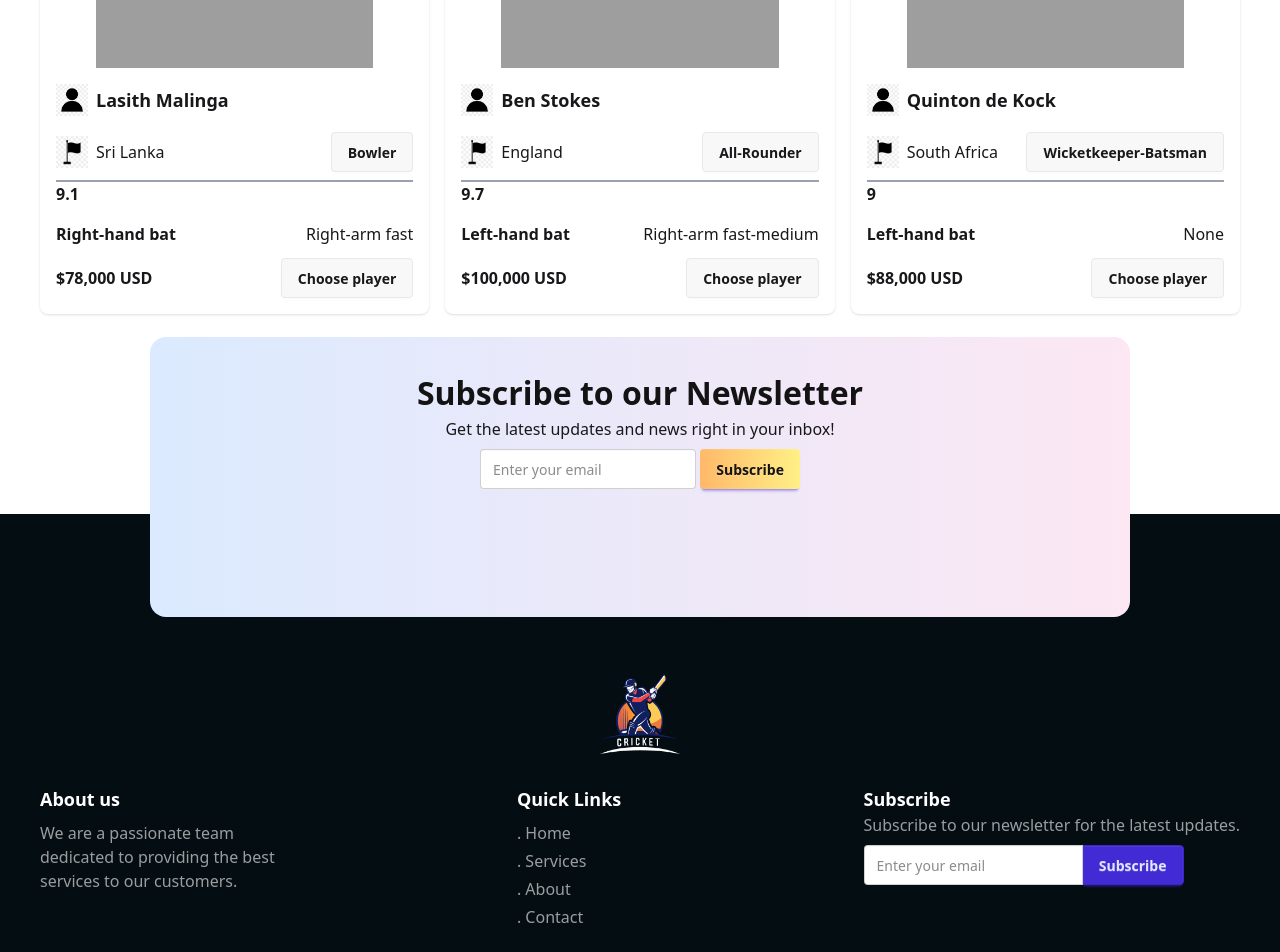
Repository: SanjidaSnigdha/Select-your-eleven
Page: /
An editor plug-in stored every save of this project. The page is shown before and after the next save, followed by the edit.
The browser window is 1280 px wide. The pictures show the part of the page from y = 2763 to 3715 px (the page is 3807 px tall).
Pictures or frames that could not be fetched are drawn as grey boxes. The project was rebuilt for these pictures with package versions that can differ from the ones it lists, and the page was loaded fresh each time. Also part of the build but not shown: vite.config.js, src/App.css, src/components/SelectedCard/SelectedCard.jsx, src/components/SelectedPlayers/SelectedPlayers.jsx.

Above is the page before, as saved 2026-03-23 02:08:46.

After the next save:
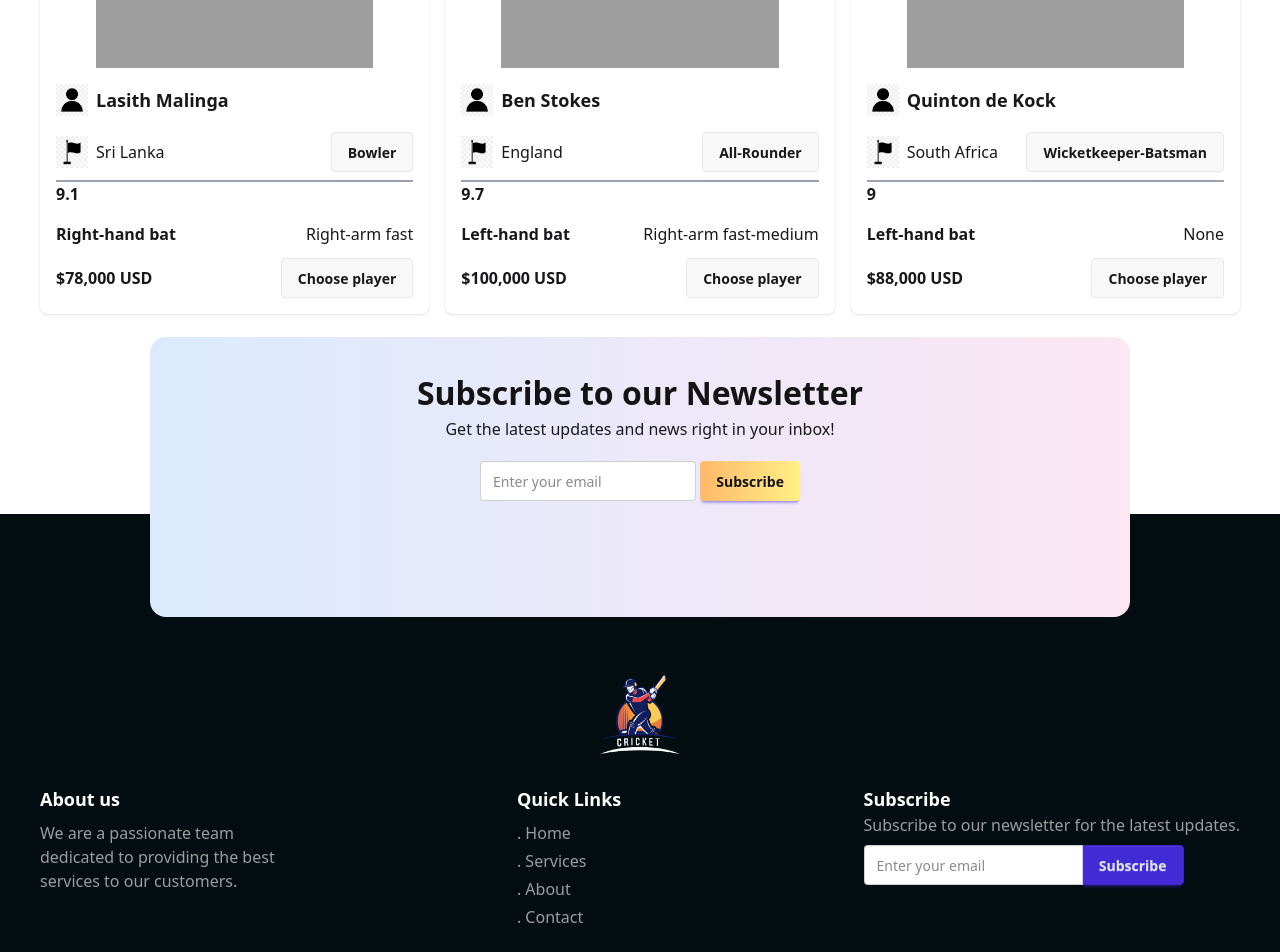
Saved 30 s later.
--- a/src/components/NewsLetter/NewsLetter.jsx
+++ b/src/components/NewsLetter/NewsLetter.jsx
@@ -6,7 +6,7 @@
             <h1 className='font-bold text-[32px] text-[#131313]'>Subscribe to our Newsletter</h1>
             <p className='bg-[#131313]70'>Get the latest updates and news right in your inbox!</p>
              <form>
-    <fieldset className="w-80 mx-auto">
+    <fieldset className="w-80 mx-auto mt-3">
       <div className="gap-1 mt-2 flex">
         <input
           type="text"
